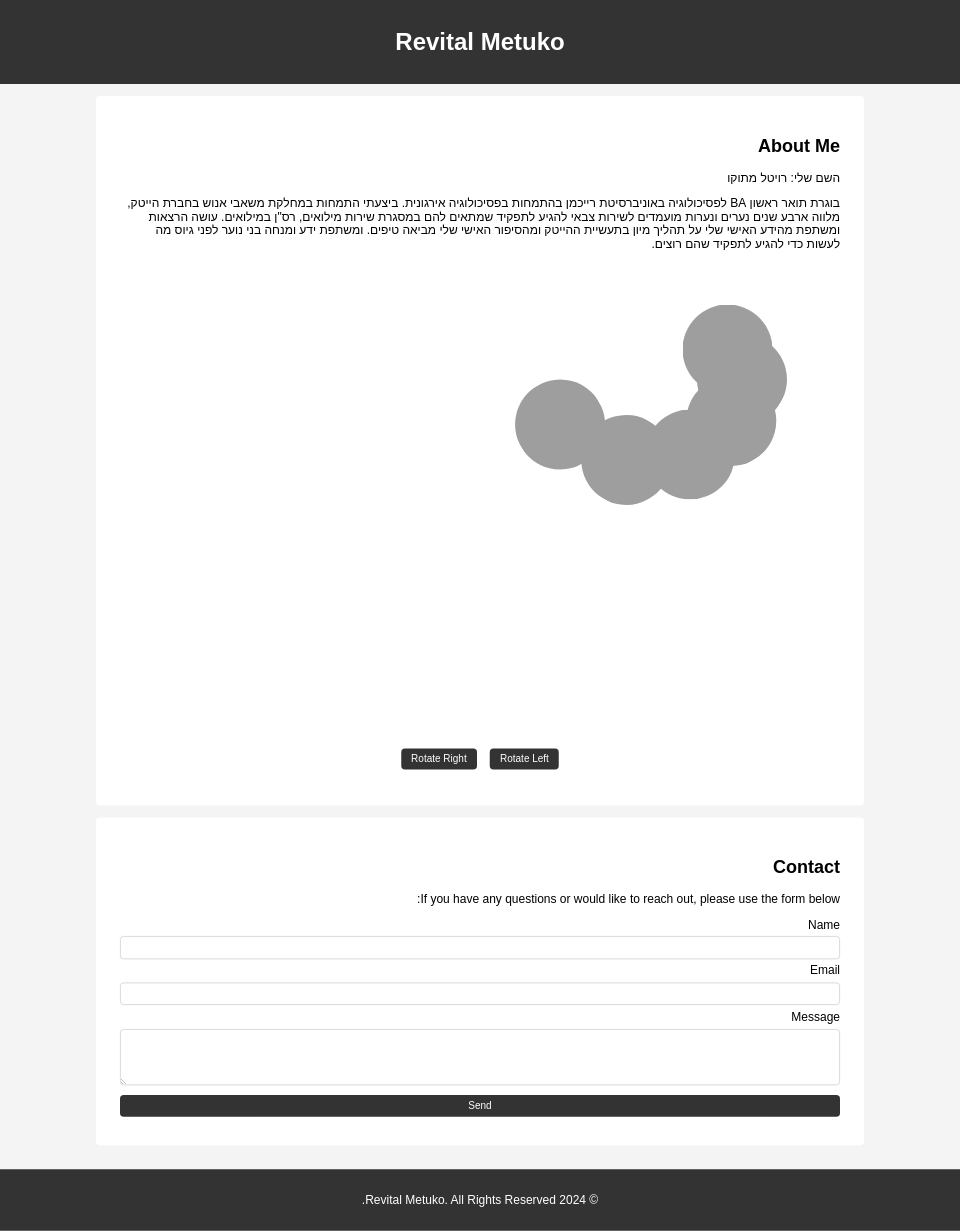
Repository: revitalmetuko/spiral-gallery
Page: RevitalWeb/index.html
An editor plug-in stored every save of this project. The page is shown before and after the next save, followed by the edit.
The browser window is 1280 px wide. The pictures show the whole page, at 75% of full size.
Pictures or frames that could not be fetched are drawn as grey boxes.

Above is the page before, as saved 2024-08-03 22:31:00.

After the next save:
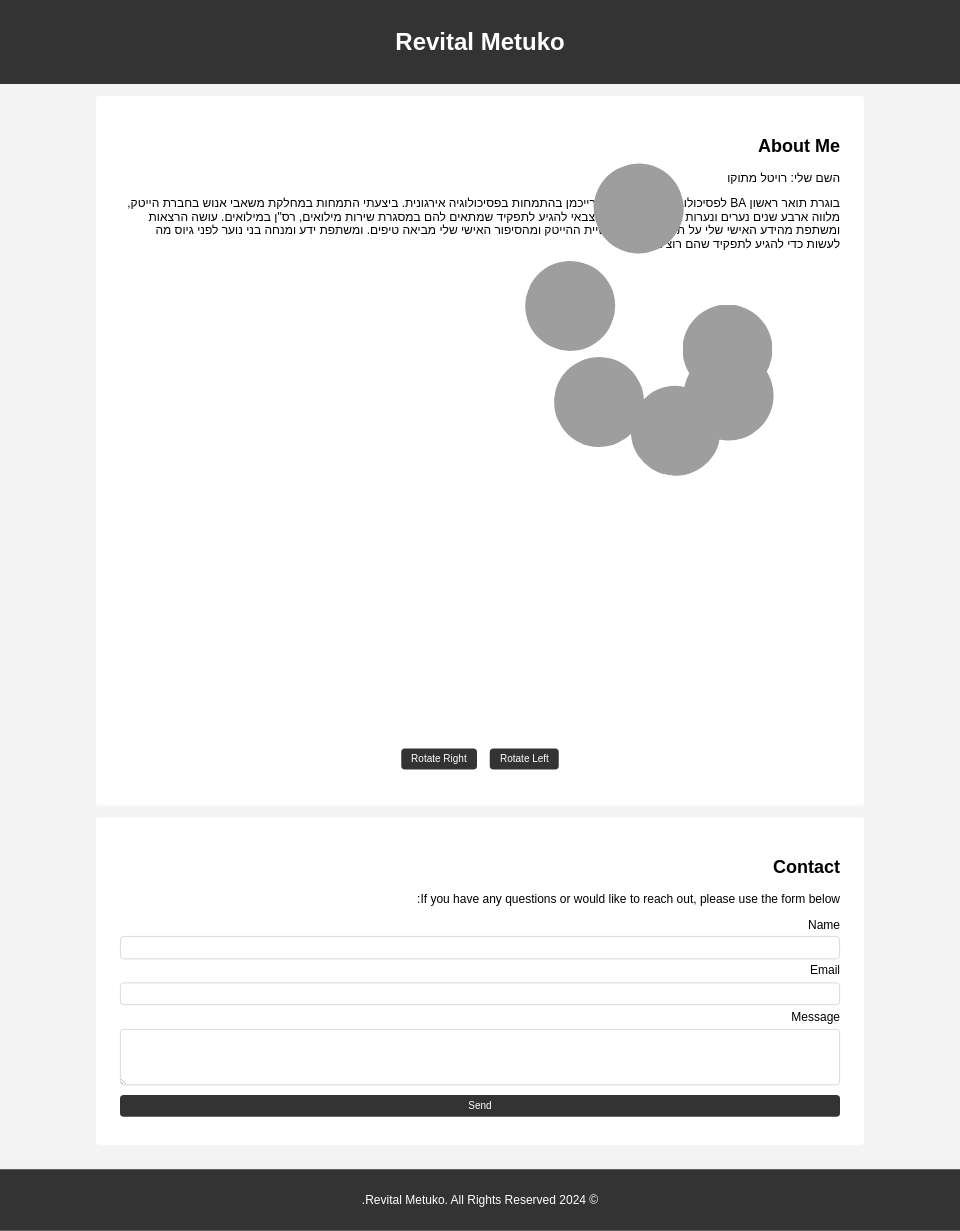
Saved 13 s later.
--- a/RevitalWeb/index.html
+++ b/RevitalWeb/index.html
@@ -133,7 +133,7 @@
         const centerY = 100;
         const radiusStep = 30
         let currentRadius = 50;
-        const angleStep = 30;
+        const angleStep = 50;
         let currentAngle = 0;
 
         function updateSpiral() {

After the save that followed:
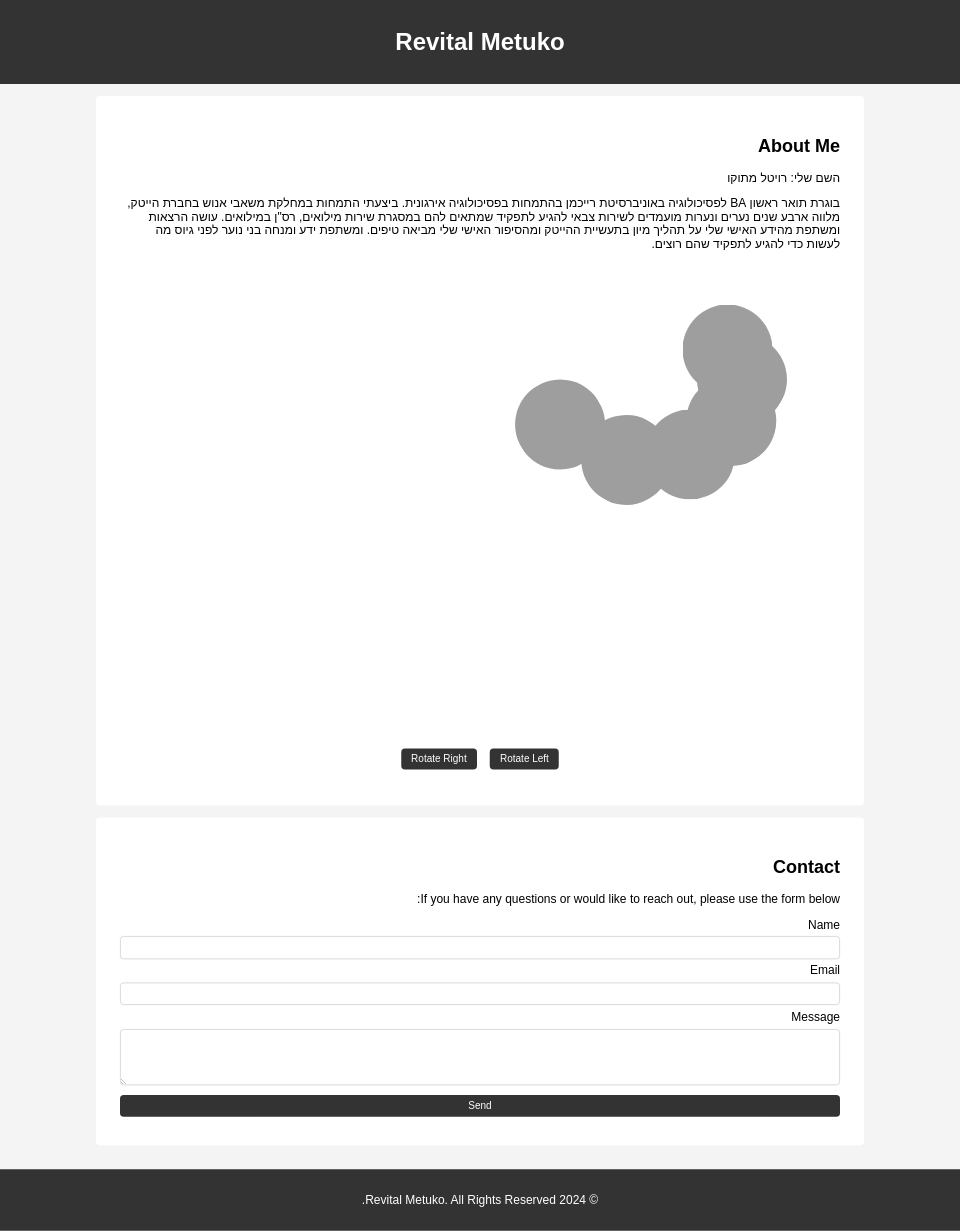
Saved 9 s later.
--- a/RevitalWeb/index.html
+++ b/RevitalWeb/index.html
@@ -133,7 +133,7 @@
         const centerY = 100;
         const radiusStep = 30
         let currentRadius = 50;
-        const angleStep = 50;
+        const angleStep = 30;
         let currentAngle = 0;
 
         function updateSpiral() {
